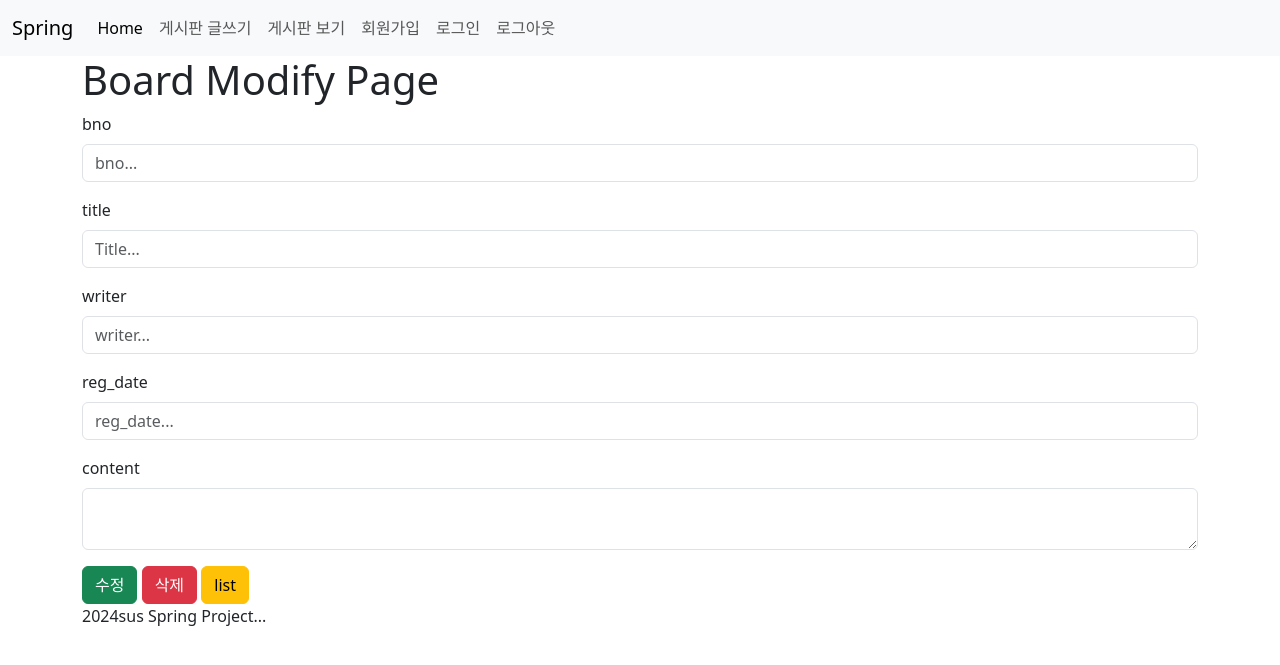
Repository: Ceciliaseon/springTest20240430
Page: http://localhost/spring_study/WEB-INF/views/board/modify.jsp
These files come from the project's save history. The page is drawn as it stood at one moment and after the next save; the edit follows.
The browser window is 1280 px wide. The pictures show the whole page.
The page is served by Tomcat 9. Nobody is signed in. The template is opened directly, without the code that normally fills it, so the values that code supplies are empty.

Above is the page before, as saved 2024-04-24 05:59:16.

### spring_study/src/main/webapp/WEB-INF/views/board/modify.jsp
<%@ page language="java" contentType="text/html; charset=UTF-8"
    pageEncoding="UTF-8"%>

<jsp:include page="../layout/header.jsp" />

<div class="container-md">
	<h1>Board Modify Page</h1>

		<div class="mb-3">
		  <label for="n" class="form-label">bno</label>
		  <input type="text" class="form-control" name="bno" id="n" value="${bvo.bno }" placeholder="bno..." readonly="readonly">
		</div>
		<div class="mb-3">
		  <label for="t" class="form-label">title</label>
		  <input type="text" class="form-control" name="title" id="t" value="${bvo.title }" placeholder="Title...">
		</div>
		<div class="mb-3">
		  <label for="w" class="form-label">writer</label>
		  <input type="text" class="form-control" name="writer" id="w" value="${bvo.writer }" placeholder="writer..." readonly="readonly">
		</div>
		<div class="mb-3">
		  <label for="r" class="form-label">reg_date</label>
		  <input type="text" class="form-control" name="reg_date" id="r" value="${bvo.reg_date }" placeholder="reg_date..." readonly="readonly">
		</div>
		<div class="mb-3">
		  <label for="c" class="form-label">content</label>
		  <textarea class="form-control" id="c" name="content" aria-label="With textarea" >${bvo.content }</textarea>
		</div>
		<a><button type="button" class="btn btn-success">수정</button></a>
		<a><button type="button" class="btn btn-danger">삭제</button></a>
		<a><button type="button" class="btn btn-warning">list</button></a>
</div>

<jsp:include page="../layout/footer.jsp" />

### spring_study/src/main/webapp/WEB-INF/views/layout/header.jsp
<%@ page language="java" contentType="text/html; charset=UTF-8"
    pageEncoding="UTF-8"%>
<!DOCTYPE html>
<html>
<head>
<meta charset="UTF-8">
<title>header.jsp</title>
<link href="https://cdn.jsdelivr.net/npm/bootstrap@5.3.3/dist/css/bootstrap.min.css" rel="stylesheet" integrity="sha384-QWTKZyjpPEjISv5WaRU9OFeRpok6YctnYmDr5pNlyT2bRjXh0JMhjY6hW+ALEwIH" crossorigin="anonymous">
<script src="https://cdn.jsdelivr.net/npm/bootstrap@5.3.3/dist/js/bootstrap.bundle.min.js" integrity="sha384-YvpcrYf0tY3lHB60NNkmXc5s9fDVZLESaAA55NDzOxhy9GkcIdslK1eN7N6jIeHz" crossorigin="anonymous"></script>
</head>
<body>

<nav class="navbar navbar-expand-lg bg-body-tertiary">
  <div class="container-fluid">
    <a class="navbar-brand" href="#">Spring</a>
    <button class="navbar-toggler" type="button" data-bs-toggle="collapse" data-bs-target="#navbarSupportedContent" aria-controls="navbarSupportedContent" aria-expanded="false" aria-label="Toggle navigation">
      <span class="navbar-toggler-icon"></span>
    </button>
    <div class="collapse navbar-collapse" id="navbarSupportedContent">
      <ul class="navbar-nav me-auto mb-2 mb-lg-0">
        <li class="nav-item">
          <a class="nav-link active" aria-current="page" href="#">Home</a>
        </li>
        <li class="nav-item">
          <a class="nav-link" href="/board/register">게시판 글쓰기</a>
        </li>
        <li class="nav-item">
          <a class="nav-link" href="/board/list">게시판 보기</a>
        </li>
        <li class="nav-item">
          <a class="nav-link" href="#">회원가입</a>
        </li>
        <li class="nav-item">
          <a class="nav-link" href="#">로그인</a>
        </li>
        <li class="nav-item">
          <a class="nav-link" href="#">로그아웃</a>
        </li>
      </ul>
    </div>
  </div>
</nav>

### spring_study/src/main/webapp/WEB-INF/views/layout/footer.jsp
<%@ page language="java" contentType="text/html; charset=UTF-8"
    pageEncoding="UTF-8"%>

<div class="container-md">
	2024sus Spring Project...
</div>

</body>
</html>

After the next save:
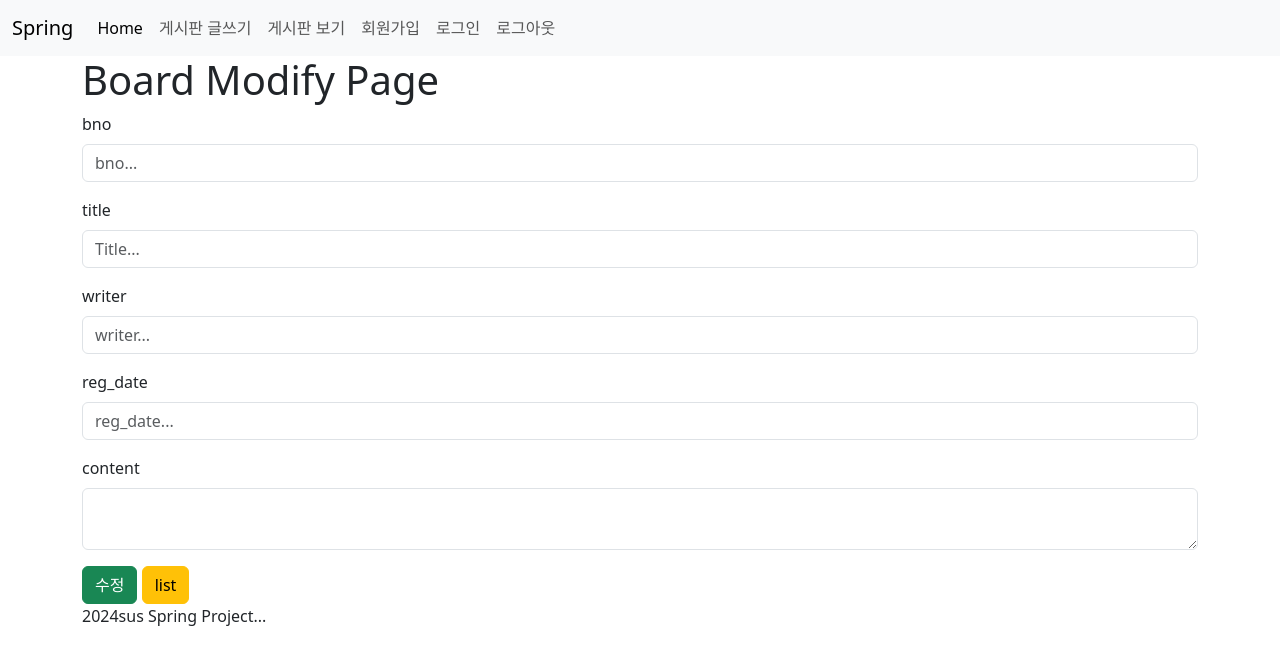
Saved 4 s later.
--- a/spring_study/src/main/webapp/WEB-INF/views/board/modify.jsp
+++ b/spring_study/src/main/webapp/WEB-INF/views/board/modify.jsp
@@ -27,7 +27,6 @@
 		  <textarea class="form-control" id="c" name="content" aria-label="With textarea" >${bvo.content }</textarea>
 		</div>
 		<a><button type="button" class="btn btn-success">수정</button></a>
-		<a><button type="button" class="btn btn-danger">삭제</button></a>
 		<a><button type="button" class="btn btn-warning">list</button></a>
 </div>
 
